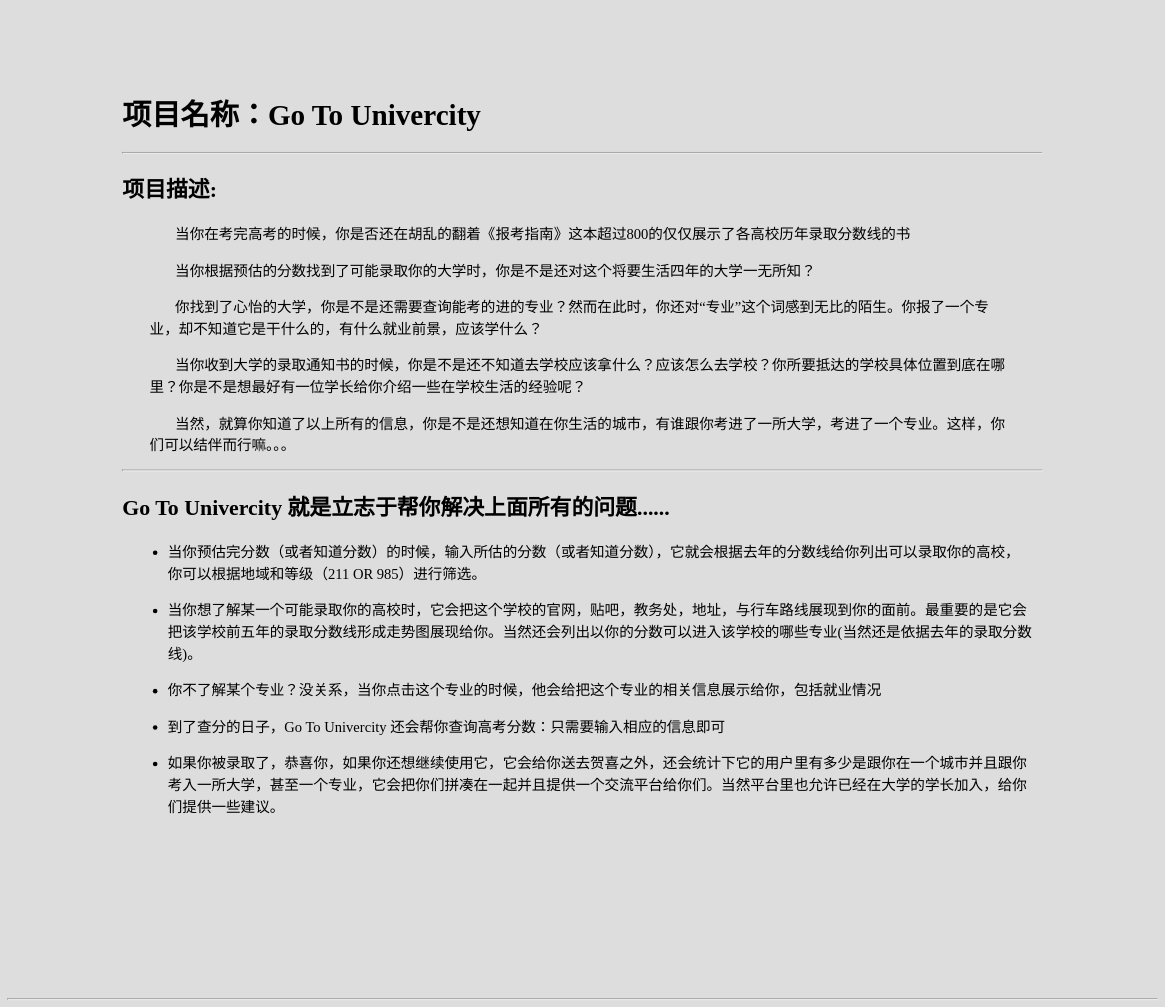
Repository: SUT-GC/GoToUnivercity
Page: http://localhost/GoToUniversity/ideasource/idea.jsp
The author's editor kept a copy of each file at every save. The page is drawn from the files as they stood at one save, then again after the next save.
The browser window is 1280 px wide. The pictures show the whole page, at 91% of full size.
The page is served by Tomcat 9. Nobody is signed in. The application's start-up code is not run.

Above is the page before, as saved 2015-11-16 11:26:40.

After the next save:
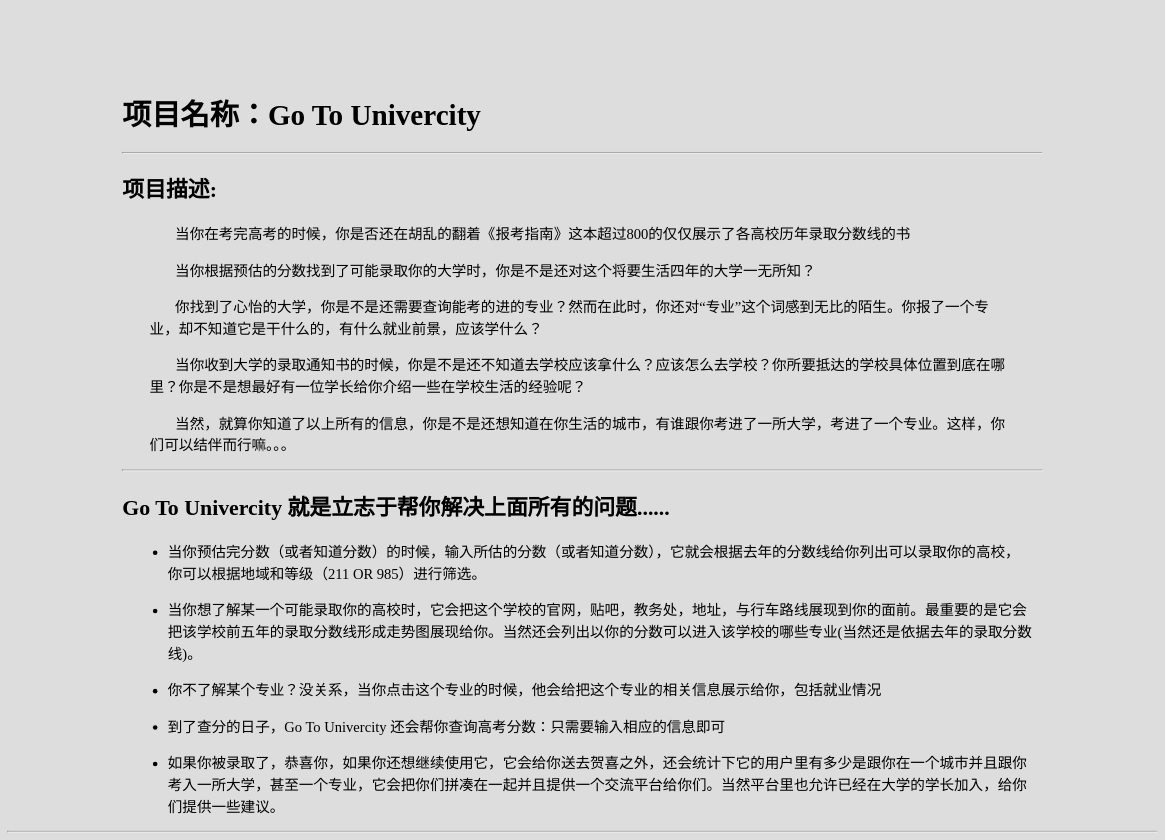
Saved 19 s later.
--- a/GoToUniversity/WebContent/ideasource/css/idea.css
+++ b/GoToUniversity/WebContent/ideasource/css/idea.css
@@ -18,6 +18,6 @@ body{
 	margin-left: 10px;
 	margin-right: 10px;
 }
-.tail{
+.content_tail{
 	margin-bottom: 200px;
 }

After the save that followed:
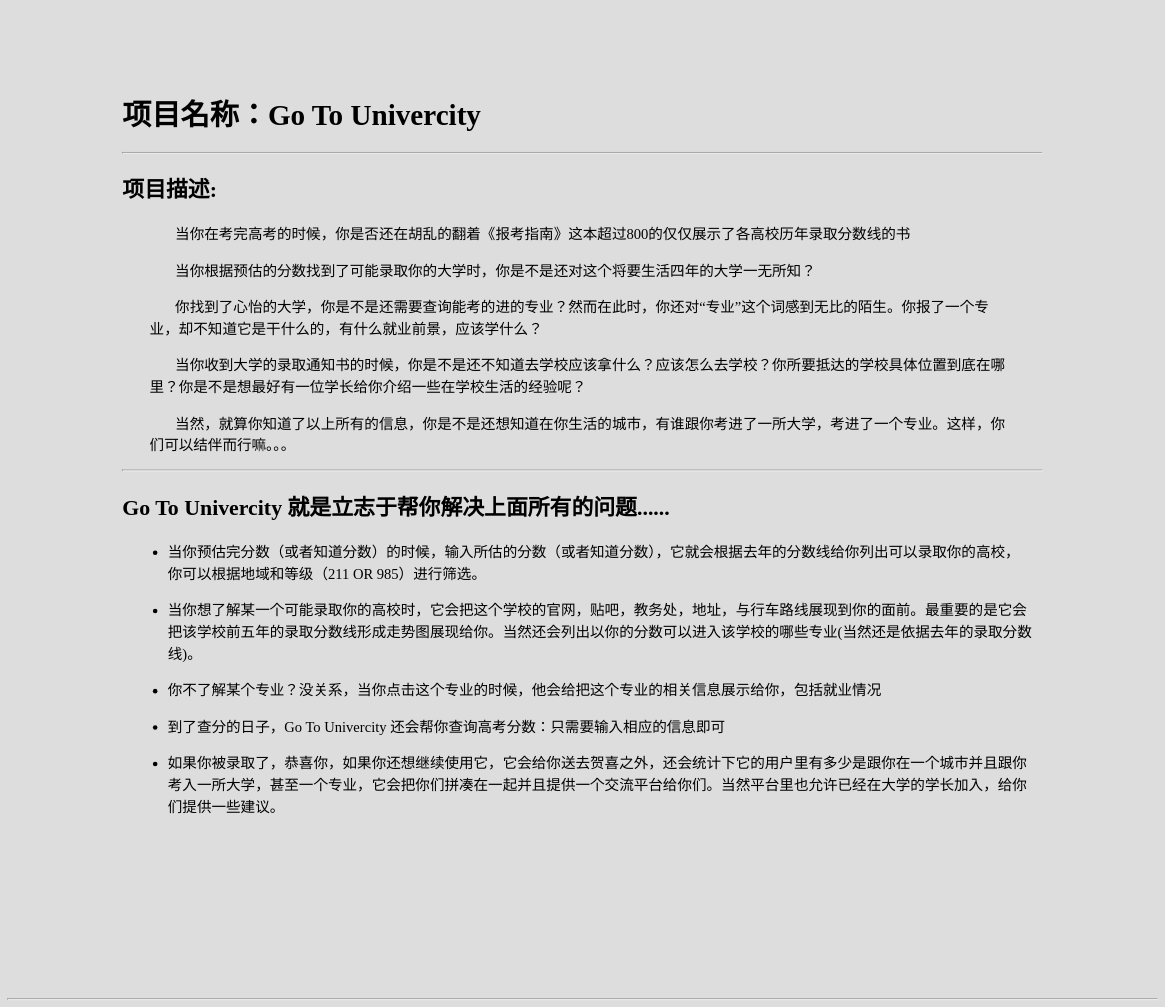
Saved 3 s later.
--- a/GoToUniversity/WebContent/ideasource/idea.jsp
+++ b/GoToUniversity/WebContent/ideasource/idea.jsp
@@ -35,12 +35,14 @@
 					</ul>
 				</div>
 			</div>
-			<div class="tail">
+			<div class="content_tail">
 
 			</div>
 		</div>
 	</div>
 	<hr/>
-	<div></div>
+	<div class="tail">
+
+	</div>
 </body>
 </html>
